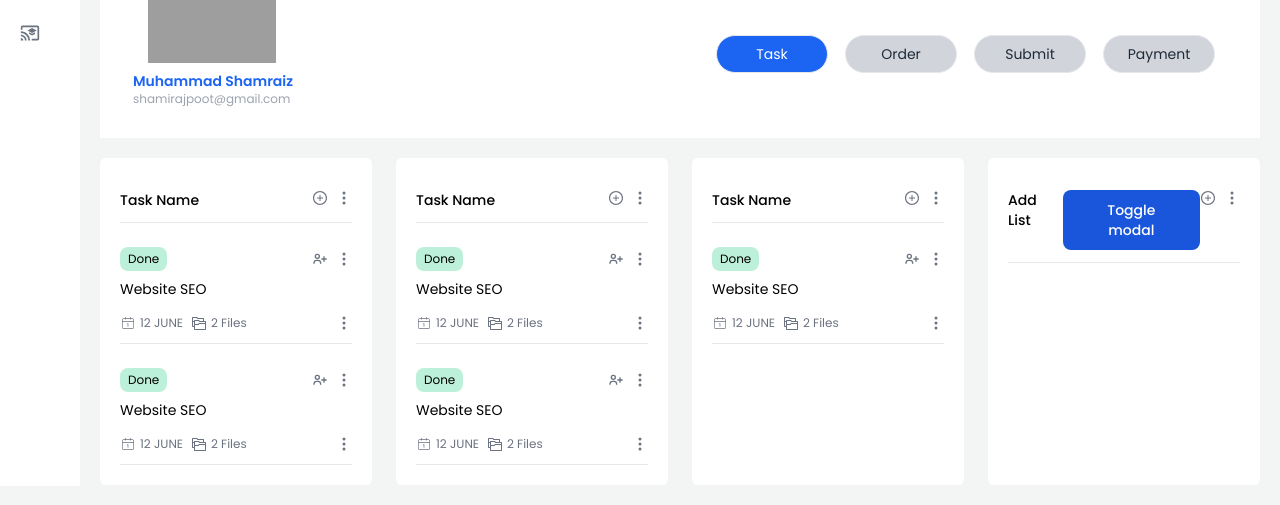
Repository: Shamraiz761/Frontend-Assessment
Page: /
These files come from the project's save history. The page is drawn as it stood at one moment and after the next save; the edit follows.
The browser window is 1280 px wide. The pictures show the part of the page from y = 234 to 803 px (the page is 739 px tall before and 803 px after).
Pictures or frames that could not be fetched are drawn as grey boxes. The project was rebuilt for these pictures with package versions that can differ from the ones it lists, and the page was loaded fresh each time. Also part of the build but not shown: vite.config.js. Imported but missing from the stored project, and not drawn on this page: src/pages/auth/login.

Above is the page before, as saved 2023-06-09 12:23:27.

### src/main.jsx
import ReactDOM from 'react-dom/client'

import React from 'react'

import App from './App.jsx'
import './index.css'

ReactDOM.createRoot(document.getElementById('root')).render(
  <React.StrictMode>
    <App />
  </React.StrictMode>,
)

### src/App.jsx
import React from 'react'
import { DndProvider } from 'react-dnd'
import { HTML5Backend } from 'react-dnd-html5-backend'
import 'flowbite'

import AppRoutes from './routes'

export default function App() {
  return (
    <DndProvider backend={HTML5Backend}>
      <AppRoutes />
    </DndProvider>
  )
}

### src/index.css
@import url("https://fonts.googleapis.com/css2?family=Poppins:wght@400;500;600;700;800;900&display=swap");

@tailwind base;
@tailwind components;
@tailwind utilities;

* {
  margin: 0;
  padding: 0;
}

body {
  margin: 0;
  font-family: "Poppins", -apple-system, BlinkMacSystemFont, "Segoe UI",
    "Roboto", "Oxygen", "Ubuntu", "Cantarell", "Fira Sans", "Droid Sans",
    "Helvetica Neue", sans-serif;
  -webkit-font-smoothing: antialiased;
  -moz-osx-font-smoothing: grayscale;
  width: 100vw;
  overflow-x: hidden;
  background-color: #f2f5f3;
  /* background: linear-gradient(180deg, #faefe8 0%, #edc7ac 100%); */
}

code {
  font-family: source-code-pro, Menlo, Monaco, Consolas, "Courier New",
    monospace;
}

.pointer-cursor {
  cursor: pointer;
}

.cusBorder {
  border: 1px solid #000;
  border-radius: 5px;
}

img {
  cursor: pointer;
}
.errors {
  color: #dc3545;
  padding: 0;
  margin: 0;
  font-size: 12px;
}
.loader {
  position: fixed;
  top: 0;
  bottom: 0;
  left: 0;
  right: 0;
  background-color: rgba(47, 151, 161, 0.32);

  display: flex;
  justify-content: center;
  align-items: center;
}

.link {
  color: #000;
  cursor: pointer;
  text-decoration: none;
}
.link:hover {
  color: #000;
}

.trans-btn {
  background-color: transparent;
  border: none;
}
.profile-logout-btn {
  border: 0;
}
.profile-logout-btn:hover {
  border: 0;
}
.profile-btn {
  border-radius: 0;
  border: 0;
}
.logout-btn {
  border-radius: 0;
  border: 0;
}
.logout-btn:hover {
  background-color: rgba(220, 53, 69, 0.5);
  border: 0;
  color: #fff;
}
.breadcrumbs ul {
  list-style: none;
  display: inline-block;
}

.breadcrumbs ul li {
  display: inline;
}

.breadcrumbs ul li .bc-link {
  /* display: block; */
  width: max-content;
  background-color: #f8f9fa;
  padding: 6px 15px 6px 25px;
  text-align: center;
  position: relative;
  margin: 0 10px 0 0;
  font-size: 15px;
  text-decoration: none;
  color: #000;
}
.breadcrumbs ul li .bc-link::after {
  content: "";
  border-top: 17px solid transparent;
  border-bottom: 17px solid transparent;
  border-left: 17px solid #f8f9fa;
  position: absolute;
  top: 0;
  right: -17px;
  z-index: 1;
}
.breadcrumbs ul li .bc-link::before {
  content: "";
  border-top: 17px solid transparent;
  border-bottom: 17px solid transparent;
  border-left: 17px solid #71cdd5;
  position: absolute;
  top: 0;
  left: 0;
}
.breadcrumbs ul li:first-child .bc-link {
  border-top-left-radius: 5px;
  border-bottom-left-radius: 5px;
}
.breadcrumbs ul li:first-child .bc-link::before {
  display: none;
}

.breadcrumbs ul li:last-child .bc-link {
  padding-right: 20px;
  border-top-right-radius: 5px;
  border-bottom-right-radius: 5px;
}
.breadcrumbs ul li:last-child .bc-link::after {
  display: none;
}

@media screen and (max-width: 500px) {
  .breadcrumbs ul li .bc-link {
    /* display: block; */
    padding: 2px 2px 2px 13px;
    /* margin: 0 10px 0 0; */
    font-size: 14px;
  }

  .breadcrumbs ul li .bc-link::after {
    content: "";
    border-top: 11.6px solid transparent;
    border-bottom: 11.6px solid transparent;
    border-left: 11.6px solid #f8f9fa;
    position: absolute;
    top: 0;
    right: -11.6px;
    z-index: 1;
  }
  .breadcrumbs ul li .bc-link::before {
    content: "";
    border-top: 11.6px solid transparent;
    border-bottom: 11.6px solid transparent;
    border-left: 11.6px solid #71cdd5;
    position: absolute;
    top: 0;
    left: 0;
  }
  .breadcrumbs ul li:last-child .bc-link {
    padding-right: 5px;
  }
}

@media screen and (max-width: 350px) {
  .breadcrumbs ul li .bc-link {
    /* display: block; */
    padding: 2px 2px 2px 12px;
    /* margin: 0 10px 0 0; */
    font-size: 10px;
  }

  .breadcrumbs ul li .bc-link::after {
    content: "";
    border-top: 9px solid transparent;
    border-bottom: 9px solid transparent;
    border-left: 9px solid #f8f9fa;
    position: absolute;
    top: 0;
    right: -9px;
    z-index: 1;
  }
  .breadcrumbs ul li .bc-link::before {
    content: "";
    border-top: 9px solid transparent;
    border-bottom: 9px solid transparent;
    border-left: 9px solid #edc7ac;
    position: absolute;
    top: 0;
    left: 0;
  }
  .breadcrumbs ul li:last-child .bc-link {
    padding-right: 5px;
  }
}

/* ********************************************** */

### src/routes/index.jsx
import {
  createBrowserRouter,
  createRoutesFromElements,
  RouterProvider,
  Route,
} from "react-router-dom";

import * as React from "react";

import Layout from "./layout";
import Root from "./root";

import Home from "../pages/dashboard";
import Login from "../pages/auth/login";
import Header from "../components/header/index";

export default function AppRoutes() {
  const router = createBrowserRouter(
    createRoutesFromElements(
      <Route path="/" element={<Root />}>
        <Route path="/login" element={<Login />} />

        <Route element={<Layout />}>
          <Route path="/" element={<Home />} />
        </Route>
      </Route>
    )
  );

  return <RouterProvider router={router} />;
}

### src/routes/layout.jsx
import { Link, Outlet, useNavigate } from "react-router-dom";
import { Gi3DGlasses } from "react-icons/gi";
import { CgProfile } from "react-icons/cg";
import { BsArrowLeft, BsFillChatSquareTextFill } from "react-icons/bs";
import { MdOutlineDashboard, MdOutlineCastForEducation } from "react-icons/md";

import React, { useState } from "react";
import Header from "../components/header/index";

export default function Layout() {
  const [open, setOpen] = useState(false);
  const [type, setType] = useState(false);
  const navigate = useNavigate();
  return (
    <div>
      {/* {loading && <LoadingSpinner asOverlay />} */}
      <div
        className={` h-screen bg-white  p-3 ${
          open ? "w-56" : "w-20"
        } fixed top-0 sidebar z-50`}
      >
        {/* Logo */}

        <div className="flex flex-row justify-center">
          <svg
            width="67"
            height="67"
            viewBox="0 0 67 67"
            fill="none"
            xmlns="http://www.w3.org/2000/svg"
            className={` text-4xl block float-left cursor-pointer rounded duration-500 ${
              !open && "rotate-[360deg]"
            }`}
            onClick={() => {
              setOpen(!open);
              setType(false);
            }}
          >
            <path
              d="M22.138 15.2984L30.8759 24.0363C32.3276 25.488 34.7005 25.488 36.1522 24.0363L44.8901 15.2984C47.2351 12.9534 45.588 8.90552 42.238 8.90552H24.7622C21.4401 8.90552 19.7651 12.9534 22.138 15.2984Z"
              fill="#208FF5"
            />
            <path
              d="M22.138 51.7017L30.8759 42.9637C32.3276 41.5121 34.7005 41.5121 36.1522 42.9637L44.8901 51.7017C47.2351 54.0467 45.588 58.0946 42.238 58.0946H24.7622C21.4401 58.0946 19.7651 54.0467 22.138 51.7017Z"
              fill="#208FF5"
            />
            <path
              d="M6.03002 31.9088L12.423 21.8588C13.428 20.2676 15.6614 20.0163 17.0014 21.3563L27.0514 31.4063C28.1959 32.5509 28.1959 34.4213 27.0514 35.5659L17.0014 45.6159C15.6614 46.9559 13.456 46.7047 12.423 45.1134L6.03002 35.0634C5.44377 34.1142 5.44377 32.8859 6.03002 31.9088Z"
              fill="#208FF5"
            />
            <path
              d="M60.9701 31.9088L54.5771 21.8588C53.5721 20.2676 51.3387 20.0163 49.9987 21.3563L39.9488 31.4063C38.8042 32.5509 38.8042 34.4213 39.9488 35.5659L49.9987 45.6159C51.3387 46.9559 53.5442 46.7047 54.5771 45.1134L60.9701 35.0634C61.5563 34.1142 61.5563 32.8859 60.9701 31.9088Z"
              fill="#208FF5"
            />
          </svg>
        </div>

        {/* Search */}

        <ul className="pt-2">
          {/* Dashboard */}
          <Link
            to="/"
            className={` rounded-md text-gray-500  text-xs flex items-center gap-x-4 cursor-pointer hover:bg-gray-50 hover:text-blue-500 py-4 p-2`}
          >
            <span className="text-xl block float-left">
              <MdOutlineDashboard />
            </span>
            <span
              className={` text-sm font-md flex-1
          ${!open && "hidden"}`}
            >
              Marketplace
            </span>
          </Link>

          <Link
            className={` rounded-md text-gray-500  text-xs flex items-center gap-x-4 cursor-pointer hover:bg-gray-50 hover:text-blue-500 py-4 p-2`}
            to="/profile"
          >
            <span className="text-xl block float-left">
              <CgProfile />
            </span>
            <span
              className={` text-xs font-md flex-1
          ${!open && "hidden"}`}
            >
              Profile
            </span>
          </Link>

          {/* Lens */}
          <Link
            className={` rounded-md text-gray-500  text-xs flex items-center gap-x-4 cursor-pointer hover:bg-gray-50 hover:text-blue-500 py-4 p-2`}
            to="/chat"
          >
            <span className="text-lg block float-left">
              <BsFillChatSquareTextFill />
            </span>
            <span
              className={` text-xs font-md flex-1
          ${!open && "hidden"}`}
            >
              Chat
            </span>
          </Link>

          {/* Orders */}
          <Link
            className={` rounded-md text-gray-500  text-xs flex items-center gap-x-4 cursor-pointer hover:bg-gray-50 hover:text-blue-500 py-4 p-2`}
            to="/education"
          >
            <span className="text-xl block float-left">
              <MdOutlineCastForEducation />
            </span>
            <span
              className={` text-xs font-md flex-1
          ${!open && "hidden"}`}
            >
              Education
            </span>
          </Link>
        </ul>
      </div>
      <div className={` ${open ? "ml-56" : "ml-20"}`}>
        <Header />
        <Outlet />
      </div>
    </div>
  );
}

### src/routes/root.jsx
import { Outlet } from 'react-router-dom'

import React from 'react'

export default function Root() {
    return (
        <Outlet />
    )
}

### src/pages/Dashboard/index.jsx
import { AiOutlinePlusCircle } from "react-icons/ai";
import { BsThreeDotsVertical } from "react-icons/bs";

import React from "react";

import "./index.css";
import Profile from "../../components/dashboard/profile";
import Card from "../../components/dashboard/card";

function Home() {
  return (
    <div>
      <Profile />
      <div className="m-5 grid grid-cols-1 sm:grid-cols-2 md:grid-cols-3 lg:grid-cols-4 gap-6 ">
        <div className="bg-white p-5 rounded-md">
          <div className="flex flex-row justify-between py-3 border-b">
            <div className="text-sm font-medium">Task Name</div>
            <div className="flex flex-row text-gray-500">
              <AiOutlinePlusCircle className="mr-2" />
              <BsThreeDotsVertical />
            </div>
          </div>
          <Card />
          <Card />
        </div>
        <div className="bg-white p-5 rounded-md">
          <div className="flex flex-row justify-between py-3 border-b">
            <div className="text-sm font-medium">Task Name</div>
            <div className="flex flex-row text-gray-500">
              <AiOutlinePlusCircle className="mr-2" />
              <BsThreeDotsVertical />
            </div>
          </div>
          <Card />
          <Card />
        </div>
        <div className="bg-white p-5 rounded-md">
          <div className="flex flex-row justify-between py-3 border-b">
            <div className="text-sm font-medium">Task Name</div>
            <div className="flex flex-row text-gray-500">
              <AiOutlinePlusCircle className="mr-2" />
              <BsThreeDotsVertical />
            </div>
          </div>
          <Card />
        </div>
        <div className="bg-white p-5 rounded-md">
          <div className="flex flex-row justify-between py-3 border-b">
            <div className="text-sm font-medium">Add List</div>
            <div>
              {/* Modal toggle */}
              <button
                data-modal-target="defaultModal"
                data-modal-toggle="defaultModal"
                className="block text-white bg-blue-700 hover:bg-blue-800 focus:ring-4 focus:outline-none focus:ring-blue-300 font-medium rounded-lg text-sm px-5 py-2.5 text-center dark:bg-blue-600 dark:hover:bg-blue-700 dark:focus:ring-blue-800"
                type="button"
              >
                Toggle modal
              </button>
              {/* Main modal */}
              <div
                id="defaultModal"
                tabIndex={-1}
                aria-hidden="true"
                className="fixed top-0 left-0 right-0 z-50 hidden w-full p-4 overflow-x-hidden overflow-y-auto md:inset-0 h-[calc(100%-1rem)] max-h-full"
              >
                <div className="relative w-full max-w-2xl max-h-full">
                  {/* Modal content */}
                  <div className="relative bg-white rounded-lg shadow dark:bg-gray-700">
                    {/* Modal header */}
                    <div className="flex items-start justify-between p-4 border-b rounded-t dark:border-gray-600">
                      <h3 className="text-xl font-semibold text-gray-900 dark:text-white">
                        Terms of Service
                      </h3>
                      <button
                        type="button"
                        className="text-gray-400 bg-transparent hover:bg-gray-200 hover:text-gray-900 rounded-lg text-sm p-1.5 ml-auto inline-flex items-center dark:hover:bg-gray-600 dark:hover:text-white"
                        data-modal-hide="defaultModal"
                      >
                        <svg
                          aria-hidden="true"
                          className="w-5 h-5"
                          fill="currentColor"
                          viewBox="0 0 20 20"
                          xmlns="http://www.w3.org/2000/svg"
                        >
                          <path
                            fillRule="evenodd"
                            d="M4.293 4.293a1 1 0 011.414 0L10 8.586l4.293-4.293a1 1 0 111.414 1.414L11.414 10l4.293 4.293a1 1 0 01-1.414 1.414L10 11.414l-4.293 4.293a1 1 0 01-1.414-1.414L8.586 10 4.293 5.707a1 1 0 010-1.414z"
                            clipRule="evenodd"
                          />
                        </svg>
                        <span className="sr-only">Close modal</span>
                      </button>
                    </div>
                    {/* Modal body */}
                    <div className="p-6 space-y-6">
                      <p className="text-base leading-relaxed text-gray-500 dark:text-gray-400">
                        With less than a month to go before the European Union
                        enacts new consumer privacy laws for its citizens,
                        companies around the world are updating their terms of
                        service agreements to comply.
                      </p>
                      <p className="text-base leading-relaxed text-gray-500 dark:text-gray-400">
                        The European Union’s General Data Protection Regulation
                        (G.D.P.R.) goes into effect on May 25 and is meant to
                        ensure a common set of data rights in the European
                        Union. It requires organizations to notify users as soon
                        as possible of high-risk data breaches that could
                        personally affect them.
                      </p>
                    </div>
                    {/* Modal footer */}
                    <div className="flex items-center p-6 space-x-2 border-t border-gray-200 rounded-b dark:border-gray-600">
                      <button
                        data-modal-hide="defaultModal"
                        type="button"
                        className="text-white bg-blue-700 hover:bg-blue-800 focus:ring-4 focus:outline-none focus:ring-blue-300 font-medium rounded-lg text-sm px-5 py-2.5 text-center dark:bg-blue-600 dark:hover:bg-blue-700 dark:focus:ring-blue-800"
                      >
                        I accept
                      </button>
                      <button
                        data-modal-hide="defaultModal"
                        type="button"
                        className="text-gray-500 bg-white hover:bg-gray-100 focus:ring-4 focus:outline-none focus:ring-blue-300 rounded-lg border border-gray-200 text-sm font-medium px-5 py-2.5 hover:text-gray-900 focus:z-10 dark:bg-gray-700 dark:text-gray-300 dark:border-gray-500 dark:hover:text-white dark:hover:bg-gray-600 dark:focus:ring-gray-600"
                      >
                        Decline
                      </button>
                    </div>
                  </div>
                </div>
              </div>
            </div>

            <div className="flex flex-row text-gray-500">
              <AiOutlinePlusCircle className="mr-2" />
              <BsThreeDotsVertical />
            </div>
          </div>
        </div>
      </div>
    </div>
  );
}
export default Home;

### src/components/header/index.jsx
import { IoIosNotifications } from "react-icons/io";

import React from "react";
import { CgProfile } from "react-icons/cg";

function Header() {
  return (
    <div>
      {/* component */}
      <nav className=" bg-white w-full flex relative justify-between items-center mx-auto px-8 py-4 h-16">
        {/* search bar */}
        <div className="hidden sm:block flex-shrink flex-grow-0 justify-start px-2">
          <div className="inline-block">
            <div className="inline-flex items-center max-w-full">
              <input
                className="flex items-center text-gray-400 bg-slate-50 justify-between  flex-grow-0  relative w-72 border rounded-lg  py-1"
                type="search"
                placeholder="Search"
              />

              <div className="flex items-center justify-center relative  h-8 w-24 rounded-full"></div>
            </div>
          </div>
        </div>

        <div className="flex-initial">
          <div className="flex justify-end items-center relative">
            <div className="block">
              <div className="inline relative sm:flex sm:flex-row sm:justify-center">
                <button
                  type="button"
                  className="inline-flex items-center relative px-2  rounded-full hover:shadow-lg"
                >
                  <IoIosNotifications className="text-gray-400 text-xl" />
                </button>
                <button
                  type="button"
                  className="inline-flex items-center relative px-2  rounded-full hover:shadow-lg"
                >
                  <CgProfile className="text-gray-400 text-xl" />
                </button>
              </div>
            </div>
          </div>
        </div>
        {/* end login */}
      </nav>
    </div>
  );
}

export default Header;

### src/pages/Dashboard/index.css
.dashboard-cover-iamge{
    background: url("../../assets/images/dashboard-back.png");
    background-position: center;
    background-repeat: no-repeat;
    background-size: cover;

}

### src/components/dashboard/profile.jsx
import profile from "../../assets/images/Ellipse 1631.png";

import React from "react";

function Profile() {
  return (
    <div className="m-5  w-[11/12] md:h-72 h-[360px]  bg-white">
      <div className="dashboard-cover-iamge h-[150px]  w-[100%]"></div>
      <div className="grid lg:grid-cols-2 grid-cols-1 md:grid-cols-2 flex-row justify-between flex-wrap">
        <div className="ml-12">
          <img src={profile} className="h-32 w-32 mt-[-65px]  " />
          <h1 className="text-blue-600 font-semibold text-sm ml-[-15px] mt-2">
            Muhammad Shamraiz
          </h1>
          <p className="text-gray-400 text-xs font-thin ml-[-15px]">
            shamirajpoot@gmail.com
          </p>
        </div>
        <div className="grid my-3 grid-cols-2 lg:grid-cols-4 md:justify-end justify-between mx-8 items-center ">
          <button className="btn border  rounded-full w-24 lg:w-28 m-1  px-4 py-2 bg-blue-600 text-sm  text-white">
            Task
          </button>
          <button className="btn border  rounded-full w-24 lg:w-28 m-1 px-4 py-2 bg-gray-300 text-sm  text-gray-800">
            Order
          </button>
          <button className="btn border  rounded-full w-24 lg:w-28  m-1 px-4 py-2 bg-gray-300 text-sm  text-gray-800">
            Submit
          </button>
          <button className="btn border  rounded-full w-24 lg:w-28 m-1 px-4 py-2 bg-gray-300 text-sm  text-gray-800">
            Payment
          </button>
        </div>
      </div>
    </div>
  );
}

export default Profile;

### src/components/dashboard/card.jsx
import { BiUserPlus } from "react-icons/bi";
import { CiCalendarDate } from "react-icons/ci";
import { VscFileSubmodule } from "react-icons/vsc";
import { BsThreeDotsVertical } from "react-icons/bs";

import React from "react";

function Card() {
  return (
    <div className="border-b py-3">
      <div className="flex flex-row justify-between mt-3 ">
        <span className="bg-green-200 px-2 py-1 rounded-lg text-xs font-thin">
          Done
        </span>
        <div className="flex flex-row text-gray-500 mt-1">
          <BiUserPlus className="mr-2 " />
          <BsThreeDotsVertical />
        </div>
      </div>
      <h1 className="text-sm my-2">Website SEO</h1>

      <div className="flex flex-row justify-between mt-3">
        <div className="flex flex-row">
          <div className="flex flex-row text-gray-500 mt-1">
            <CiCalendarDate className="mr-1" />
            <p className="text-xs font-thin text-gray-500 mr-2">12 JUNE</p>
          </div>
          <div className="flex flex-row text-gray-500 mt-1">
            <VscFileSubmodule className="mr-1" />
            <p className="text-xs font-thin text-gray-500 mr-2">2 Files</p>
          </div>
        </div>
        <div className="flex flex-row text-gray-500 mt-1">
          <BsThreeDotsVertical />
        </div>
      </div>
    </div>
  );
}

export default Card;

### tailwind.config.cjs
const colors = require('tailwindcss/colors');
const defaultTheme = require('tailwindcss/defaultTheme');

module.exports = {
  content: ['./src/**/*.{js,jsx,ts,tsx}', "node_modules/flowbite/**/*.js"],
  theme: {
    extend: {
      colors: {
        // set primary color from figma
        // primary: {
        // },
      },
      fontFamily: {
        poppins: ['Poppins', ...defaultTheme.fontFamily.sans],
      },
      fontSize: {
        xxs: '0.5rem',
      },
    },
  },
  plugins: [
    require('flowbite/plugin')
  ],

};

Loaded but not shown: index.html (common file)

After the next save:
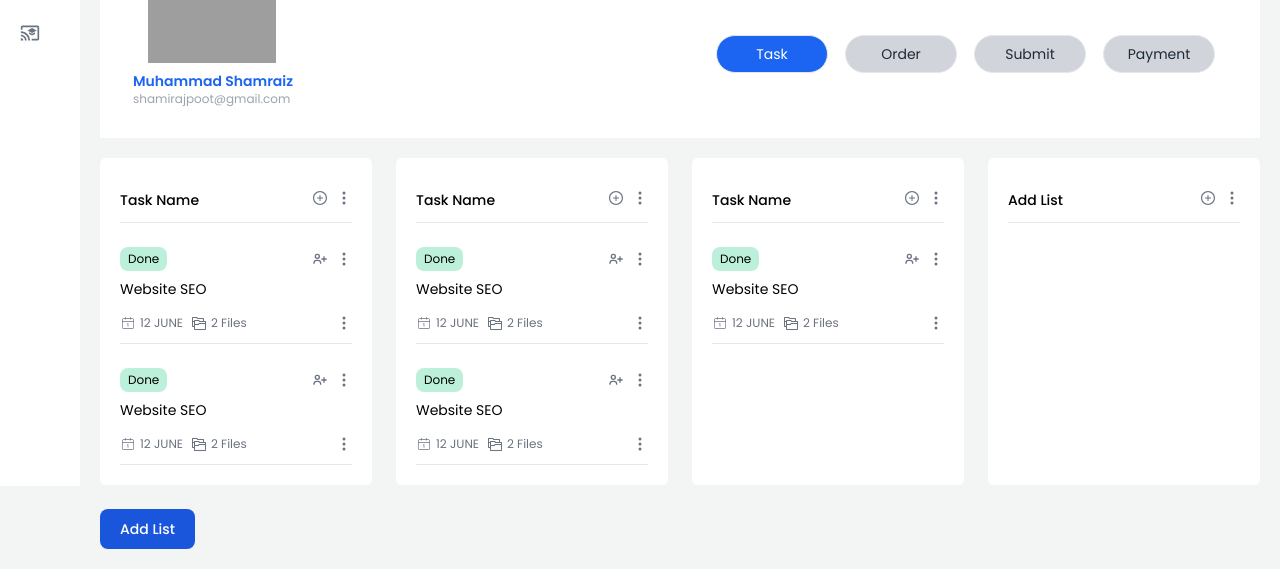
Saved 3 min 48 s later.
--- a/src/pages/Dashboard/index.jsx
+++ b/src/pages/Dashboard/index.jsx
@@ -48,16 +48,6 @@ function Home() {
           <div className="flex flex-row justify-between py-3 border-b">
             <div className="text-sm font-medium">Add List</div>
             <div>
-              {/* Modal toggle */}
-              <button
-                data-modal-target="defaultModal"
-                data-modal-toggle="defaultModal"
-                className="block text-white bg-blue-700 hover:bg-blue-800 focus:ring-4 focus:outline-none focus:ring-blue-300 font-medium rounded-lg text-sm px-5 py-2.5 text-center dark:bg-blue-600 dark:hover:bg-blue-700 dark:focus:ring-blue-800"
-                type="button"
-              >
-                Toggle modal
-              </button>
-              {/* Main modal */}
               <div
                 id="defaultModal"
                 tabIndex={-1}
@@ -138,6 +128,16 @@ function Home() {
             </div>
           </div>
         </div>
+        <div>
+          <button
+            data-modal-target="defaultModal"
+            data-modal-toggle="defaultModal"
+            className="block text-white bg-blue-700 hover:bg-blue-800 focus:ring-4 focus:outline-none focus:ring-blue-300 font-medium rounded-lg text-sm px-5 py-2.5 text-center dark:bg-blue-600 dark:hover:bg-blue-700 dark:focus:ring-blue-800"
+            type="button"
+          >
+            Add List
+          </button>
+        </div>
       </div>
     </div>
   );
